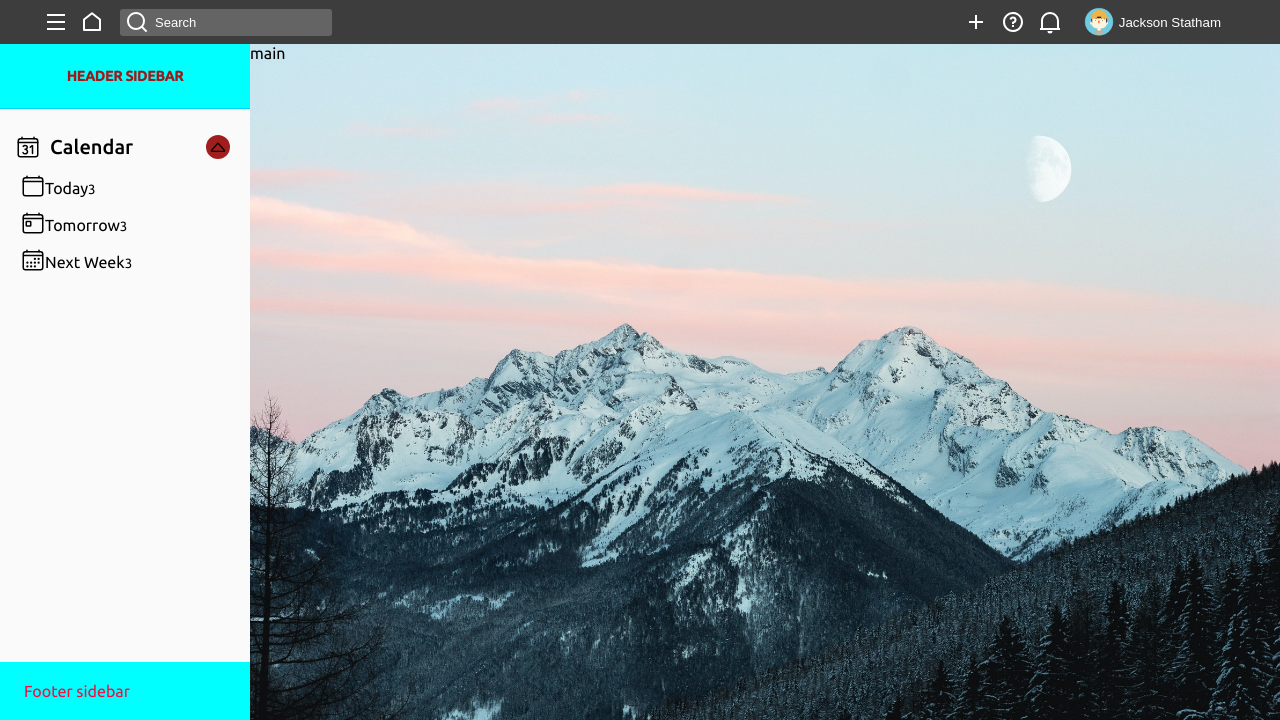
Repository: huuthe1999/to-do-list
Page: /
An editor plug-in stored every save of this project. The page is shown before and after the next save, followed by the edit.
The browser window is 1280 px wide. The pictures show the whole page.
The project was rebuilt for these pictures with package versions that can differ from the ones it lists, and the page was loaded fresh each time. Also part of the build but not shown: src/components/form/addForm/addForm.scss, src/components/form/addForm/AddForm.js, src/components/modal/modal.scss, src/components/modal/Modal.js.

Above is the page before, as saved 2022-02-17 15:26:45.

### public/index.html
<!DOCTYPE html>
<html lang="en">
	<head>
		<meta charset="utf-8" />
		<link rel="icon" href="%PUBLIC_URL%/favicon.ico" />
		<meta name="viewport" content="width=device-width, initial-scale=1" />
		<meta name="theme-color" content="#000000" />
		<meta
			name="description"
			content="Web site created using create-react-app"
		/>
		<link rel="apple-touch-icon" href="%PUBLIC_URL%/logo192.png" />
		<!--
      manifest.json provides metadata used when your web app is installed on a
      user's mobile device or desktop. See https://developers.google.com/web/fundamentals/web-app-manifest/
    -->
		<link rel="manifest" href="%PUBLIC_URL%/manifest.json" />
		<!--
      Notice the use of %PUBLIC_URL% in the tags above.
      It will be replaced with the URL of the `public` folder during the build.
      Only files inside the `public` folder can be referenced from the HTML.

      Unlike "/favicon.ico" or "favicon.ico", "%PUBLIC_URL%/favicon.ico" will
      work correctly both with client-side routing and a non-root public URL.
      Learn how to configure a non-root public URL by running `npm run build`.
    -->
		<title>React Redux App</title>
	</head>
	<body>
		<noscript>You need to enable JavaScript to run this app.</noscript>
		<div id="modal"></div>
		<div id="root"></div>
		<!--
      This HTML file is a template.
      If you open it directly in the browser, you will see an empty page.

      You can add webfonts, meta tags, or analytics to this file.
      The build step will place the bundled scripts into the <body> tag.

      To begin the development, run `npm start` or `yarn start`.
      To create a production bundle, use `npm run build` or `yarn build`.
    --></body>
</html>

### src/index.js
import React from 'react';
import ReactDOM from 'react-dom';
import { Provider } from 'react-redux';
import App from './App';
import { store } from './app/store';

ReactDOM.render(
	<React.StrictMode>
		<Provider store={store}>
			<App />
		</Provider>
	</React.StrictMode>,
	document.getElementById('root'),
);

### src/App.js
import React from 'react';
// import { Counter } from './features/counter/Counter';
import './App.scss';
import Main from './components/main/Main';
import SideBar from './components/sideBar/SideBar';
import TopBar from './components/topBar/TopBar';
function App() {
	return (
		<div className='app'>
			<TopBar />
			<div className='container'>
				<SideBar />
				<Main />
			</div>
		</div>
	);
}

export default App;

### src/App.scss
@import url('https://fonts.googleapis.com/css2?family=Ubuntu:wght@300;400;500&display=swap');
*,
*::before,
*::after {
	margin: 0;
	padding: 0;
	box-sizing: border-box;
}

:root {
	--icon-color: #fff;
	--icon-size: 40px;

	--bg: rgb(53, 42, 42);
	--bg-input: hsla(0, 0%, 100%, 0.2);
	// Header
	--hd-text-color: #ffffff;
	--hd-icon-color-hover: #202020;
}

.app {
	font-family: 'Ubuntu', sans-serif;
	font-size: 16px;
	width: 100vw;
	height: 100vh;
	background-color: var(--bg);
	overflow: hidden;
}

.container {
	display: flex;
	height: calc(100% - 44px);
}

button {
	border: none;
	outline: none;
	cursor: pointer;
	background-color: transparent;
}

a {
	text-decoration: none;
}

ul {
	list-style-type: none;
}

### src/components/main/Main.js
import './main.scss';

const Main = () => {
	return <div className='main'>main</div>;
};

export default Main;

### src/components/sideBar/SideBar.js
import Calendar from '../calendar/Calendar';
import './sideBar.scss';

const SideBar = () => {
	return (
		<div className='sidebar'>
			<div className='sidebar__inner'>
				<div className='sidebar__layout'>
					<div className='sidebar__layout-header'>
						<p>Header sidebar</p>
					</div>
					<div className='sidebar__layout-content'>
						<Calendar />
					</div>
					<div className='sidebar__layout-footer'>Footer sidebar</div>
				</div>
			</div>
		</div>
	);
};

export default SideBar;

### src/components/topBar/TopBar.js
import { useState } from 'react';
import {
	RiAddLine,
	RiHomeLine,
	RiMenuLine,
	RiNotification2Line,
	RiQuestionLine,
	RiSearchLine,
} from 'react-icons/ri';
import Avatar from '../../assets/images/avatar.png';
import AddForm from '../form/addForm/AddForm';
import Modal from '../modal/Modal';
import './topbar.scss';
const TopBar = () => {
	const [modal, setShowModal] = useState(false);
	return (
		<header className='topbar'>
			<div className='topbar__inner'>
				<div className='topbar__inner-leftControl'>
					<button className='topbar__button leftControl'>
						<RiMenuLine className='topbar__button-icon' />
					</button>

					<button className='topbar__button leftControl'>
						<RiHomeLine className='topbar__button-icon' />
					</button>
					<div className='topbar__inner-leftControl-search'>
						<RiSearchLine className='topbar__button-icon topbar__button-icon-search' />
						<input type='text' placeholder='Search' />
					</div>
				</div>
				<div className='topbar__inner-rightControl'>
					<Modal showModal={modal} setShowModal={setShowModal}>
						<AddForm setShowModal={setShowModal} />
					</Modal>
					<button className='topbar__button rightControl'>
						<RiAddLine
							className='topbar__button-icon'
							onClick={() => setShowModal(true)}
						/>
					</button>
					<button className='topbar__button rightControl'>
						<RiQuestionLine className='topbar__button-icon' />
					</button>
					<button className='topbar__button rightControl'>
						<RiNotification2Line className='topbar__button-icon' />
					</button>
					<button className='topbar__button info'>
						<img src={Avatar} alt='avatar' />
						<p>Jackson Statham</p>
					</button>
				</div>
			</div>
		</header>
	);
};

export default TopBar;

### src/features/counter/counterSlice.js
import { createAsyncThunk, createSlice } from '@reduxjs/toolkit';
import { fetchCount } from './counterAPI';

const initialState = {
  value: 0,
  status: 'idle',
};

// The function below is called a thunk and allows us to perform async logic. It
// can be dispatched like a regular action: `dispatch(incrementAsync(10))`. This
// will call the thunk with the `dispatch` function as the first argument. Async
// code can then be executed and other actions can be dispatched. Thunks are
// typically used to make async requests.
export const incrementAsync = createAsyncThunk(
  'counter/fetchCount',
  async (amount) => {
    const response = await fetchCount(amount);
    // The value we return becomes the `fulfilled` action payload
    return response.data;
  }
);

export const counterSlice = createSlice({
  name: 'counter',
  initialState,
  // The `reducers` field lets us define reducers and generate associated actions
  reducers: {
    increment: (state) => {
      // Redux Toolkit allows us to write "mutating" logic in reducers. It
      // doesn't actually mutate the state because it uses the Immer library,
      // which detects changes to a "draft state" and produces a brand new
      // immutable state based off those changes
      state.value += 1;
    },
    decrement: (state) => {
      state.value -= 1;
    },
    // Use the PayloadAction type to declare the contents of `action.payload`
    incrementByAmount: (state, action) => {
      state.value += action.payload;
    },
  },
  // The `extraReducers` field lets the slice handle actions defined elsewhere,
  // including actions generated by createAsyncThunk or in other slices.
  extraReducers: (builder) => {
    builder
      .addCase(incrementAsync.pending, (state) => {
        state.status = 'loading';
      })
      .addCase(incrementAsync.fulfilled, (state, action) => {
        state.status = 'idle';
        state.value += action.payload;
      });
  },
});

export const { increment, decrement, incrementByAmount } = counterSlice.actions;

// The function below is called a selector and allows us to select a value from
// the state. Selectors can also be defined inline where they're used instead of
// in the slice file. For example: `useSelector((state: RootState) => state.counter.value)`
export const selectCount = (state) => state.counter.value;

// We can also write thunks by hand, which may contain both sync and async logic.
// Here's an example of conditionally dispatching actions based on current state.
export const incrementIfOdd = (amount) => (dispatch, getState) => {
  const currentValue = selectCount(getState());
  if (currentValue % 2 === 1) {
    dispatch(incrementByAmount(amount));
  }
};

export default counterSlice.reducer;

### src/components/main/main.scss
.main {
	width: 100%;
	height: 100%;
	background-image: url(../../assets/images/bg_main.jpg);
	background-repeat: no-repeat;
	background-size: cover;
	overflow-y: auto;
}

### src/components/calendar/Calendar.js
import React from 'react';
import { BsCaretUp } from 'react-icons/bs';
import {
	IoCalendarClearOutline,
	IoCalendarNumberOutline,
	IoCalendarOutline,
	IoTodayOutline,
} from 'react-icons/io5';
import './calendar.scss';
import CalendarItem from './calendarItem/CalendarItem';
const calendarList = [
	{ id: 1, name: 'Today', icon: <IoCalendarClearOutline size='24px' /> },
	{ id: 2, name: 'Tomorrow', icon: <IoTodayOutline size='24px' /> },
	{ id: 3, name: 'Next Week', icon: <IoCalendarOutline size='24px' /> },
];
const Calendar = () => {
	return (
		<div className='calendar'>
			<div className='calendar__header'>
				<div className='calendar__header--title'>
					<IoCalendarNumberOutline size='24px' />
					<p>Calendar</p>
				</div>
				<div className='calendar__header--expand'>
					<span>
						<BsCaretUp />
					</span>
				</div>
			</div>
			<div className='calendar__content'>
				<div className='calendar__content--wrapper'>
					<div className='calendar__content--wrapper--inner'>
						<ul className='calendar__content--list'>
							{calendarList.map(({ id, name, icon }) => (
								<CalendarItem
									key={id}
									name={name}
									icon={icon}
								/>
							))}
						</ul>
					</div>
				</div>
			</div>
		</div>
	);
};

export default Calendar;

### src/components/sideBar/sideBar.scss
.sidebar {
	position: relative;
	z-index: 109;
	height: 100%;
	background-color: aqua;
	min-width: 250px;
	width: 300px;
	transition: all 0.3s cubic-bezier(0.4, 0, 0.2, 1);

	&__inner {
		height: 100%;
		position: relative;
		z-index: 101;
	}

	&__layout {
		height: 100%;
		overflow-y: auto;
		overflow-x: hidden;
		display: flex;
		flex-direction: column;
		position: relative;
		z-index: 101;

		&-header {
			border-bottom: 1px solid rgba(8, 41, 228, 0.2);

			p {
				text-align: center;
				color: rgb(160, 25, 25);
				padding: 24px;
				font-weight: bold;
				font-size: 14px;
				text-transform: uppercase;
			}
		}

		&-content {
			flex-grow: 1;
			padding: 1rem 0.5rem 1rem 1rem;
			background-color: #fafafa;
		}

		&-footer {
			padding: 20px 24px;
			color: rgb(245, 12, 62);
		}
	}
}

### src/components/topBar/topbar.scss
.topbar {
	display: flex;
	justify-content: center;
	align-items: center;
	background-color: #3d3d3d;
	flex-shrink: 0;
	padding: 0px 42px;
	font-size: 13px;
	color: #202020;
	height: 44px;

	&__inner {
		display: flex;
		justify-content: space-between;
		background-color: transparent;
		width: 100%;
		height: 100%;

		&-leftControl {
			display: flex;
			align-items: center;
			justify-content: flex-start;

			&-search {
				display: flex;
				align-items: center;
				position: relative;
				margin-left: 6px;

				&:hover {
					input {
						background-color: var(--hd-text-color);
						&::placeholder {
							color: var(--hd-icon-color-hover);
						}
					}
					* {
						color: var(--hd-icon-color-hover);
					}
				}

				input {
					font-size: 13px;
					color: var(--hd-text-color);
					background-color: var(--bg-input);
					outline: 0;
					border-radius: 3px;
					border: 1px solid transparent;
					padding: 5px 0 5px 34px;
					transition: all 0.15s cubic-bezier(0.4, 0, 0.2, 0.1);
					transition-property: background-color;

					&::placeholder {
						color: var(--hd-text-color);
					}
				}
			}
		}

		&-rightControl {
			display: flex;
			align-items: center;
			height: 44px;
			padding: 0px 12px;

			img {
				width: 100%;
				height: 100%;
			}
		}
	}

	&__button {
		display: flex;
		justify-content: center;
		align-items: center;
		border-radius: 3px;

		&:hover {
			background-color: var(--bg-input);
		}

		&.leftControl {
			height: 28px;
			min-width: 28px;
			margin-right: 8px;
		}

		&.rightControl {
			height: 32px;
			min-width: 32px;
			margin-left: 5px;
		}

		&.info {
			height: 100%;
			color: var(--hd-text-color);
			margin-left: 8px;
			padding: 0px 5px;
			img {
				width: 40px;
				height: 40px;
			}
		}
		&-icon {
			font-size: 24px;
			color: var(--icon-color);

			&-search {
				position: absolute;
				left: 5px;
				top: 50%;
				transform: translateY(-50%);
				color: var(--icon-color);
			}
		}
	}
}

### src/components/calendar/calendar.scss
.calendar {
	--font-size-label: 20px;
	&__header {
		font-size: var(--font-size-label);
		display: flex;
		align-items: center;
		cursor: pointer;
		padding: 10px 0px;

		&:hover &--expand {
			background-color: #eee;
		}

		&--title {
			flex: 1;
			display: flex;
			align-items: center;

			& > p {
				font-weight: 500;
				margin-left: 10px;
			}
		}
		&--expand {
			width: 24px;
			height: 24px;
			margin: 0 12px 0 10px;
			border-radius: 50%;
			background-color: rgb(160, 30, 30);
			overflow: hidden;

			& > span {
				display: flex;
				justify-content: center;
				align-items: center;
				width: 100%;
				height: 100%;
			}
		}
	}
	&__content {
		height: auto;

		&--wrapper {
			display: flex;

			&--inner {
				width: 100%;
			}
		}
	}
}

### src/components/calendar/calendarItem/CalendarItem.js
import './calendarItem.scss';
const CalendarItem = ({ name, icon }) => {
	return (
		<li className='calendar__content--item'>
			<span className='calendar__content--item-icon'>{icon}</span>
			<span className='calendar__content--item-content'>
				{name}
				<small>3</small>
			</span>
		</li>
	);
};

export default CalendarItem;

### src/components/calendar/calendarItem/calendarItem.scss
.calendar__content--item {
	border-radius: 5px;
	display: flex;
	align-items: center;
	padding: 5px 16px 5px 5px;
	cursor: pointer;
	background-color: transparent;

	&:hover {
		background: #ececec;
	}
}

Loaded but not shown: src/app/store.js (common file); src/features/counter/counterAPI.js (common file)

After the next save:
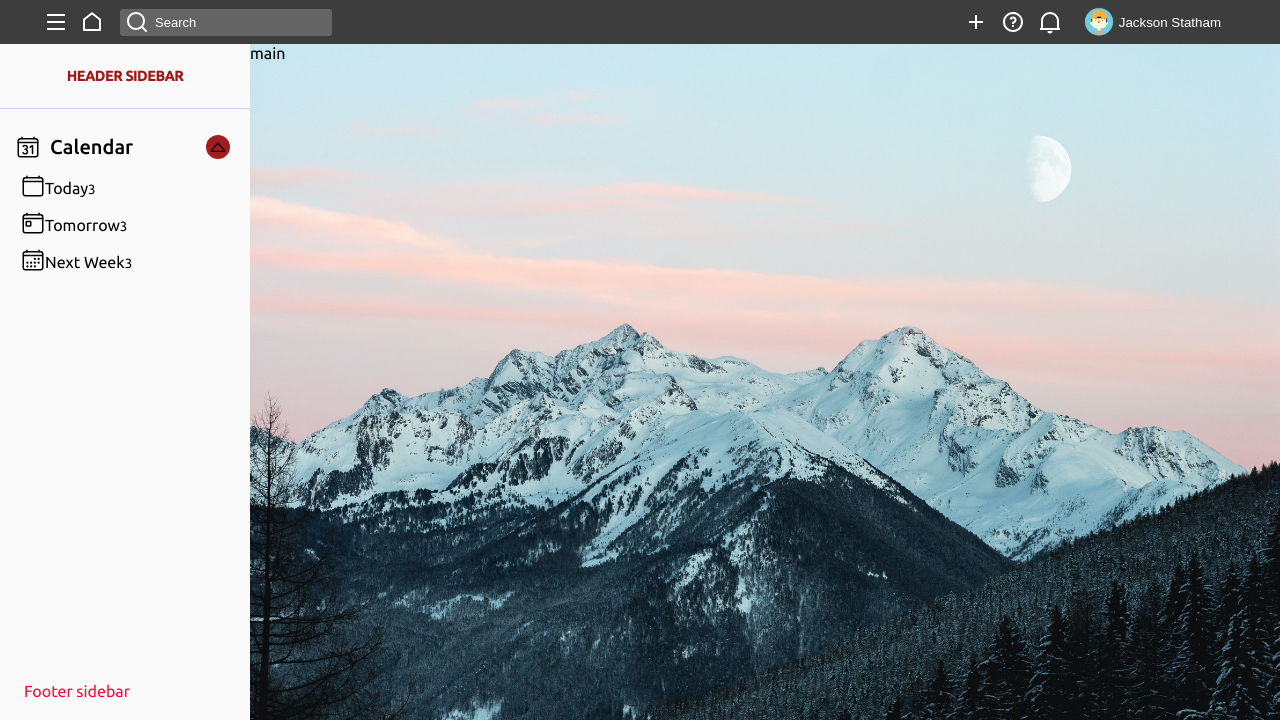
Saved 29 s later.
--- a/src/components/sideBar/sideBar.scss
+++ b/src/components/sideBar/sideBar.scss
@@ -2,7 +2,7 @@
 	position: relative;
 	z-index: 109;
 	height: 100%;
-	background-color: aqua;
+	background-color: #fafafa;
 	min-width: 250px;
 	width: 300px;
 	transition: all 0.3s cubic-bezier(0.4, 0, 0.2, 1);
